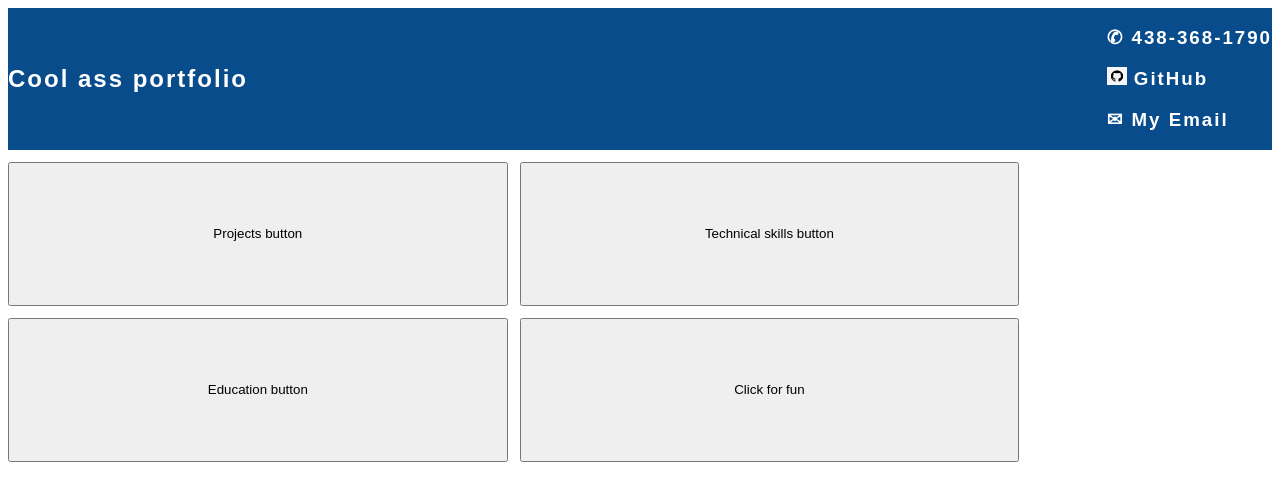
Repository: zackaroo20/zackaroo20
Page: index.html
An editor plug-in stored every save of this project. The page is shown before and after the next save, followed by the edit.
The browser window is 1280 px wide. The pictures show the whole page.

Above is the page before, as saved 2026-05-12 13:30:34.

### index.html
<!doctype html>
<html lang="en">
  <head>
    <meta charset="UTF-8" />
    <meta name="viewport" content="width=device-width, initial-scale=1.0" />
    <title>Document</title>
    <link rel="stylesheet" href="./styles/index.css" />
  </head>
  <header>
        <section id="cap">
            <h1 >Cool ass portfolio</h1>
        </section>
        <aside>
            <h3> ✆ 438-368-1790</h3>
            <h3><a href="https://github.com/zackaroo20"><img src="/assets/specs/GHicon.png  " alt="git hub logo"> GitHub</a></h3>
            <h3><a href="emailto:tomjerrysc@gmail.com"><p class = longemail>✉ My Email</p></a></h3>



        </aside>

    </header>
    <body>
      <section>
        <button>Projects button</button>
        <button>Technical skills button </button>
        <button>Education button</button>
        <button>Click for fun</button>


      </section>




    </body>
  <body>
    <!-- TODO -->
  </body>
</html>

### styles/index.css
@page {
  size: A4;
  margin: 1cm;
}
@media screen and (min-width: 900px) {
 section {
 /* custom styles */
    min-width: 70%;
    max-width: 80%;

 }
}

header {
  font-family: Arial, Helvetica, sans-serif;
  letter-spacing: 2px;
  background-color: #084c8b;
  color: white;
  display: flex;
  justify-content: space-between;
  align-items: center;
  margin-bottom: 12px;
}
#cap {
  display: flex;

  align-items: center;
  margin-left: 12px b;
}

section {
  display: grid;
  grid-template-columns: repeat(2, 1fr);
  gap: 12px;
}
img {
  background-color: transparent;

  width: 20px;
  height: 18px;
}
h3 a {
  text-decoration: none;
  color: inherit;
}
button {
  height: 20vh;
  width: 100%;
}

After the next save:
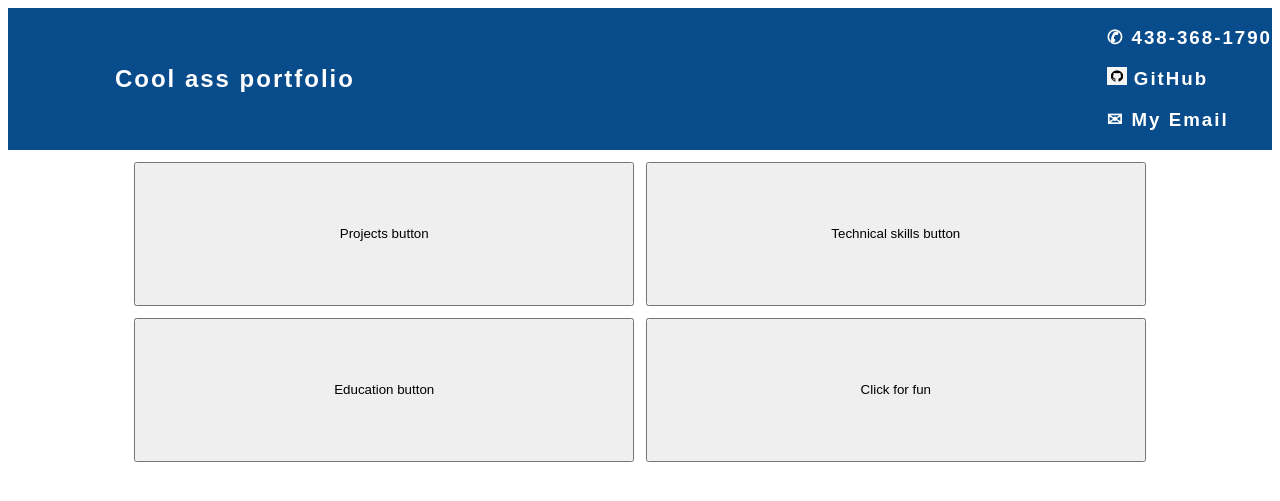
Saved 89 s later.
--- a/styles/index.css
+++ b/styles/index.css
@@ -3,11 +3,11 @@
   margin: 1cm;
 }
 @media screen and (min-width: 900px) {
- section {
+ section,head {
  /* custom styles */
     min-width: 70%;
     max-width: 80%;
-
+    margin: 0 auto;
  }
 }
 
